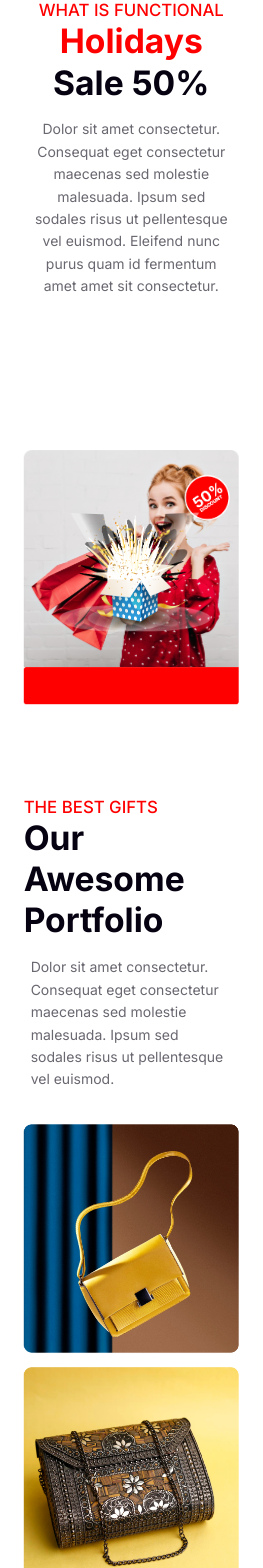
Repository: ShouravAhammed/simple-responsive-new-year
Page: index.html
The author's editor kept a copy of each file at every save. The page is drawn from the files as they stood at one save, then again after the next save.
The browser window is 375 px wide. The pictures show the part of the page from y = 0 to 2240 px (the page is 5615 px tall before and 5439 px after), at 70% of full size.

Above is the page before, as saved 2024-01-11 16:14:17.

After the next save:
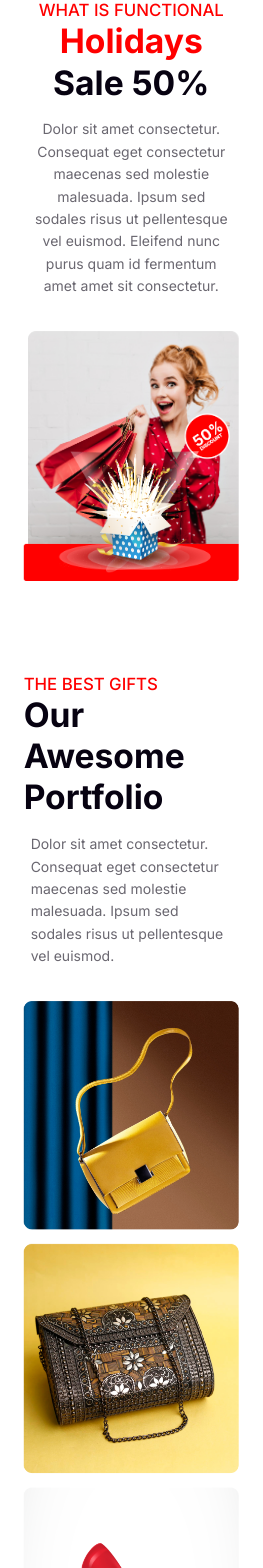
Saved 4 min 12 s later.
--- a/Style/style.css
+++ b/Style/style.css
@@ -486,6 +486,8 @@
     }
     .holiday-container .holiday-content {
         width: 100%;
-        margin: 0 auto;
-    }
-}
+    }
+    .holiday-back-img {
+        height: 38vh;
+    }
+}
